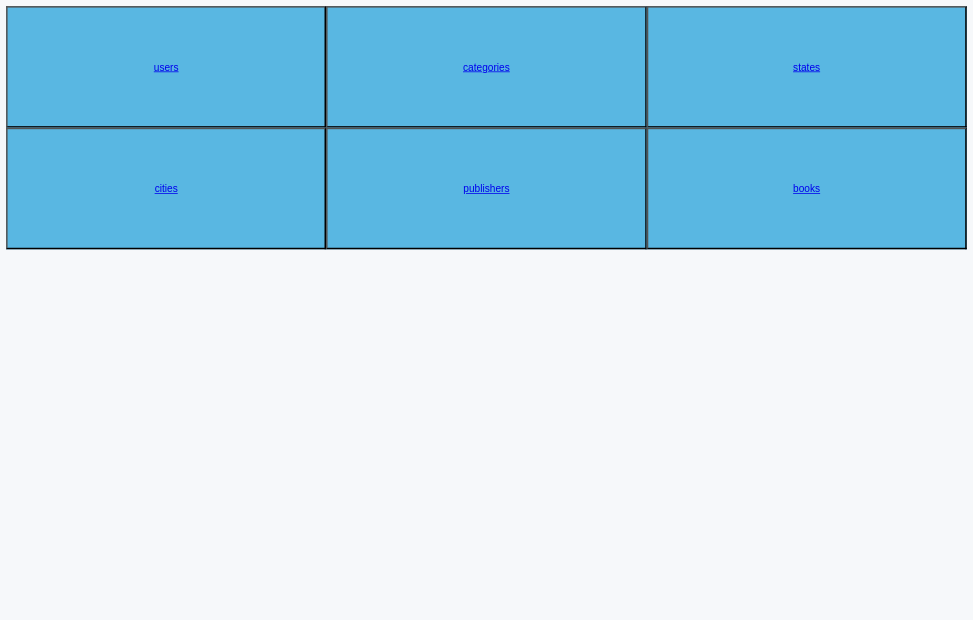
Repository: fontanive12/Biblioteca
Page: front/paginaInicial.html
These files come from the project's save history. The page is drawn as it stood at one moment and after the next save; the edit follows.
The browser window is 1280 px wide. The pictures show the whole page, at 76% of full size.

Above is the page before, as saved 2022-09-05 17:36:08.

After the next save:
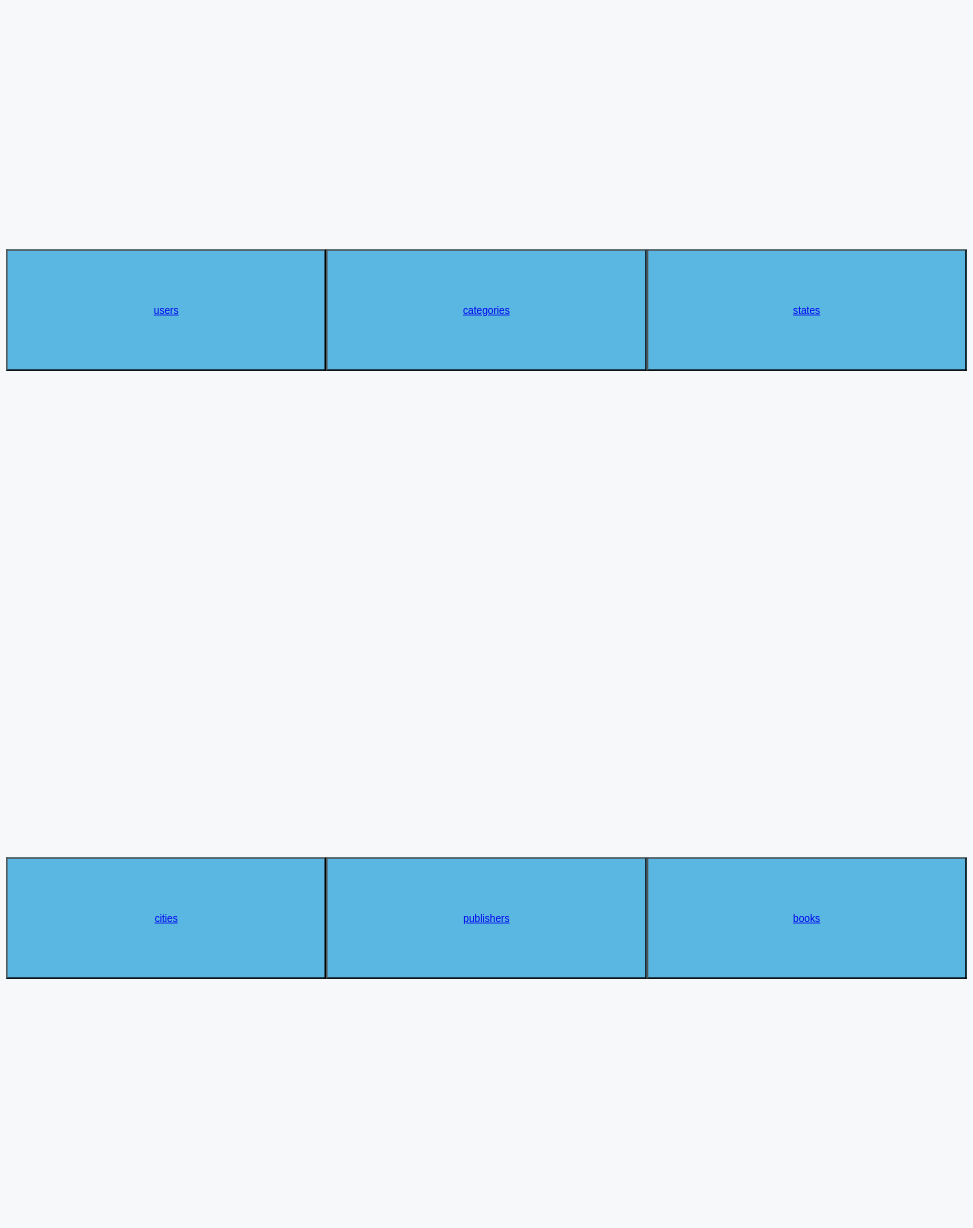
Saved 108 s later.
--- a/front/styles.css
+++ b/front/styles.css
@@ -12,16 +12,16 @@ td {
 }
 
 .container {
-  margin-bottom: auto;
-        padding: 0rem;
-        text-align: center;
-        /* max-width: 100rem;*/
-        width: 100%;
-height: 50rem;
+
 }
 
 .containerButtons {
-
+  margin-bottom: auto;
+  padding: 0rem;
+  text-align: center;
+  /* max-width: 100rem;*/
+  width: 100%;
+height: 50rem;
   display: flex;
 flex-direction: row;
 justify-content: center;
